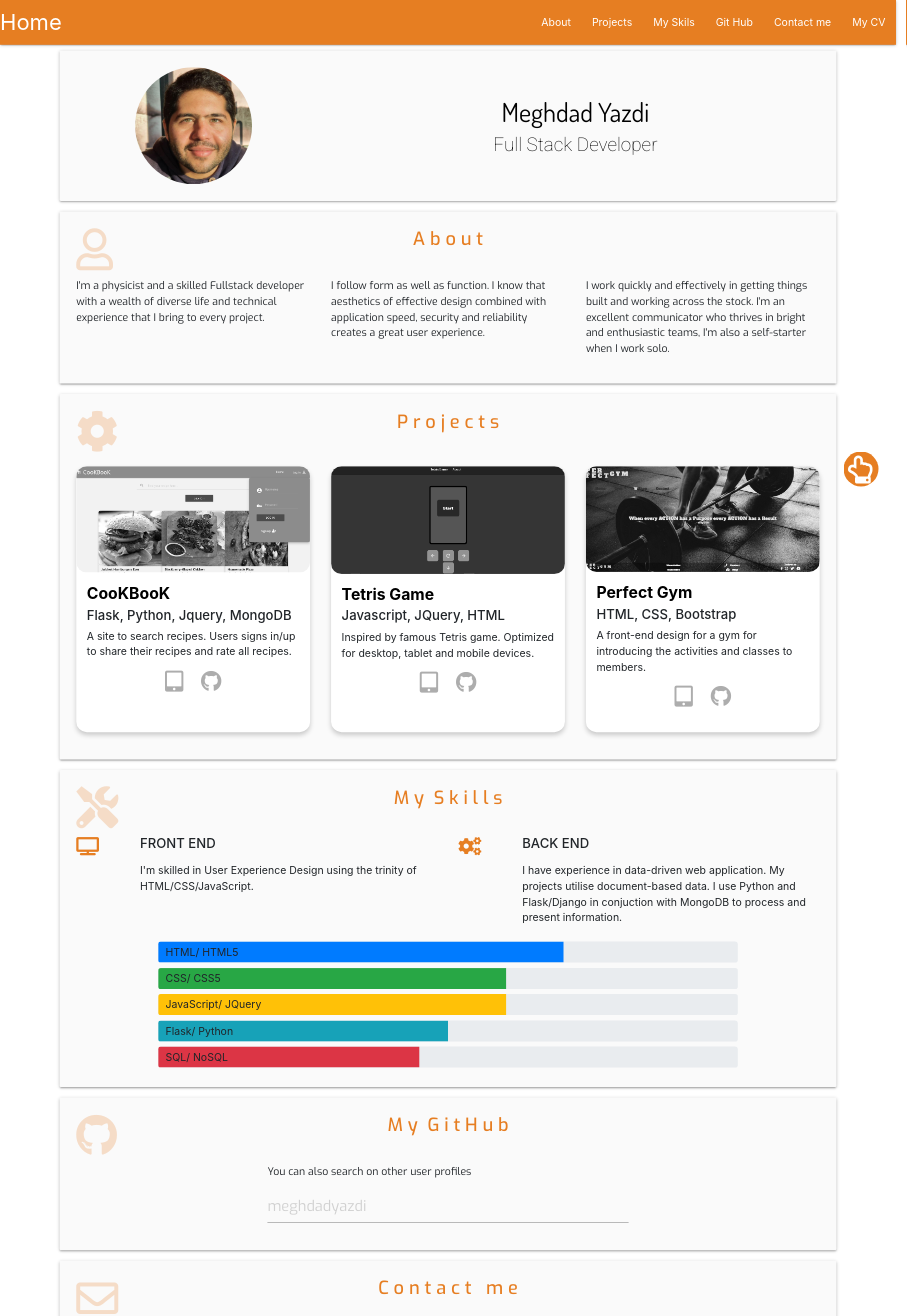
Repository: meghdadyazdi/SD_Res
Page: index.html
The author's editor kept a record of every edit. The page is drawn from the files as they stood at one moment, then again after the next edit.
The browser window is 1280 px wide. The page is 1295 px wide, so the pictures cover 1295 px, including what lies to the right of the window. The pictures show the part of the page from y = 0 to 1880 px (the page is 2446 px tall before and 2626 px after), at 70% of full size.
Some web libraries are served in a nearby version.

Above is the page before.
Console error: ReferenceError: $ is not defined

After the next edit:
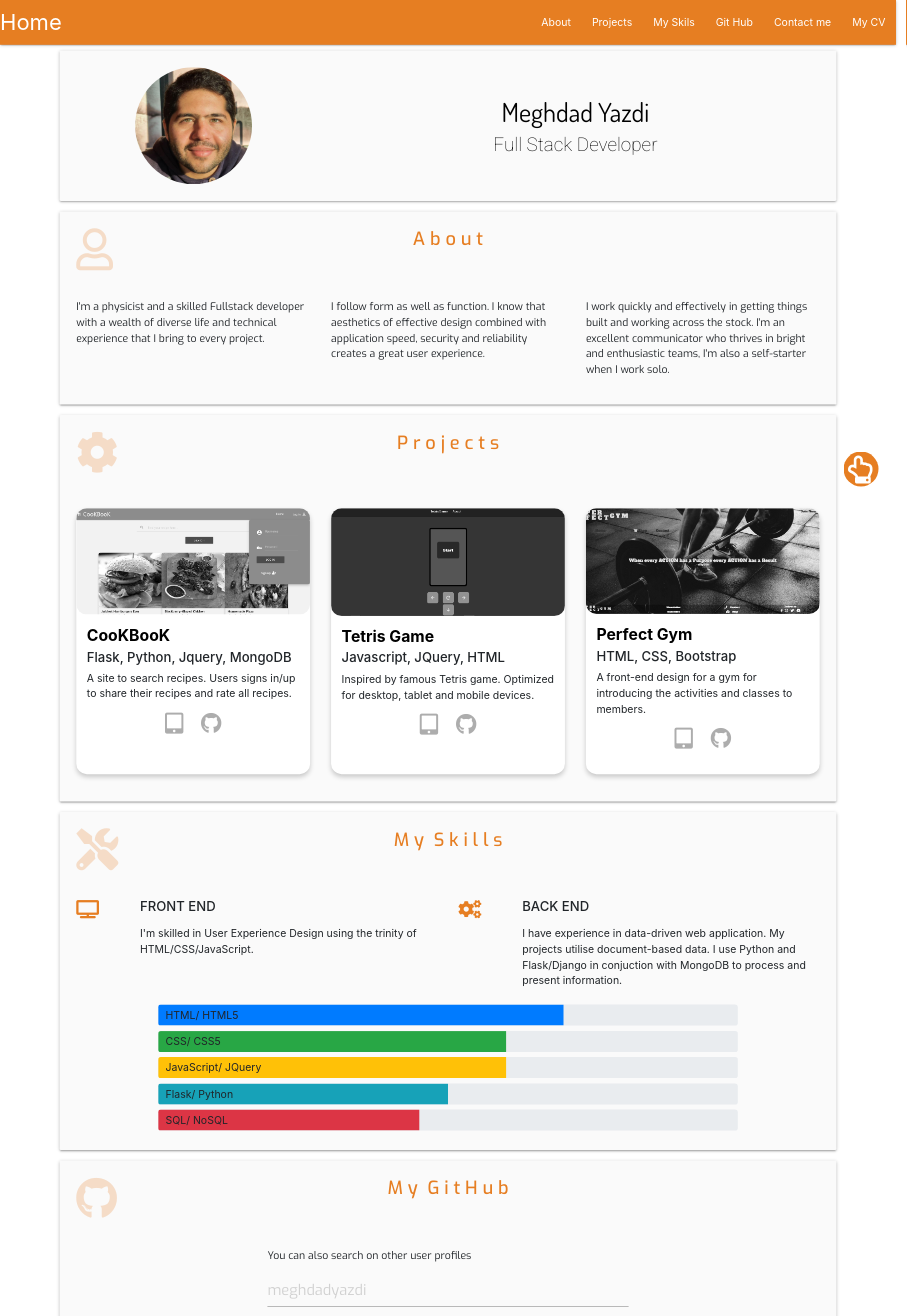
The edit:
--- a/assets/style.css
+++ b/assets/style.css
@@ -159,7 +159,7 @@
 h3{
 text-align:center;
 font-size:20px;
-margin-bottom: 40px !important;
+margin-bottom: 70px !important;
 }
 
 .card-img{
